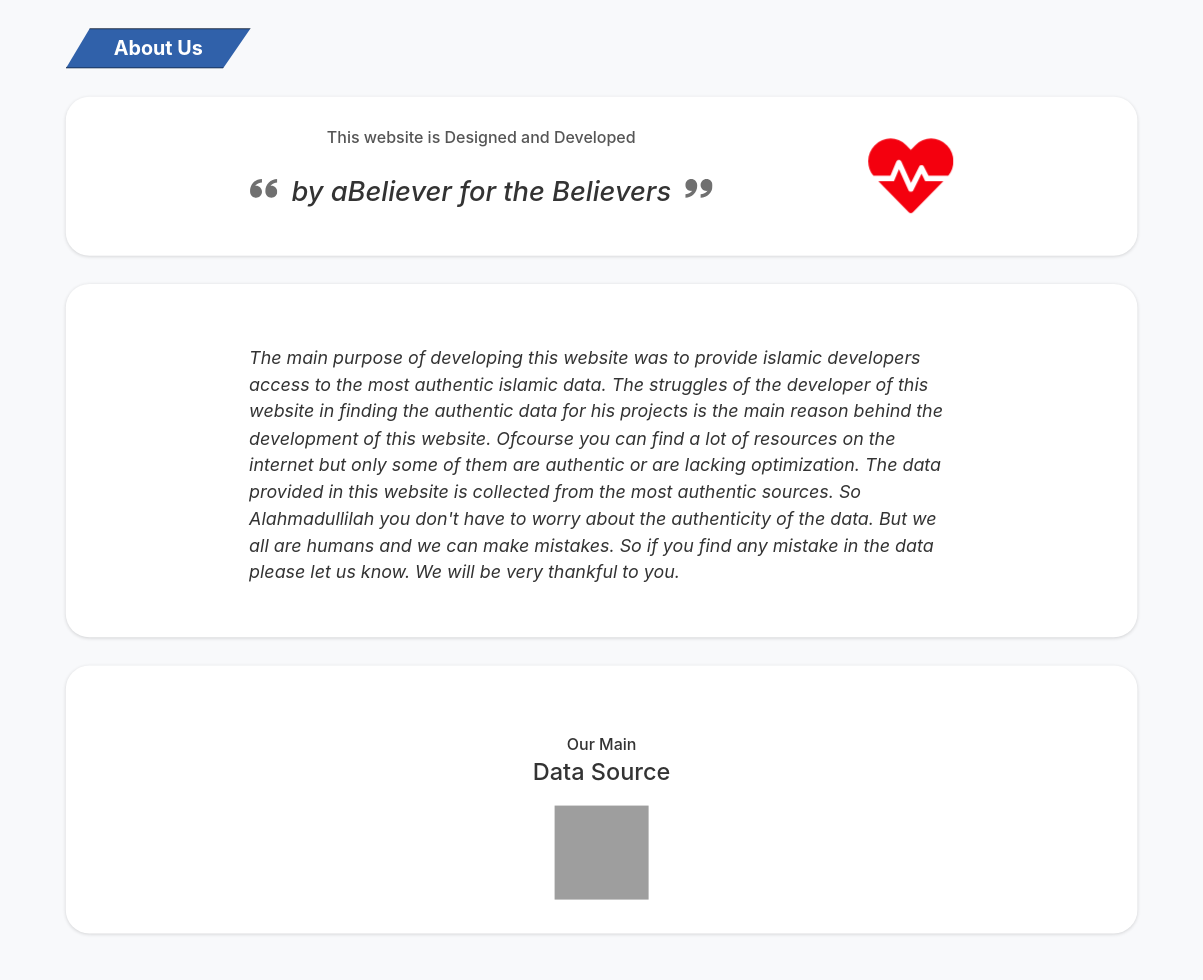
Repository: SpicierEwe/islamic-dev-repo
Page: /legal/about_us
The author's editor kept a copy of each file at every save. The page is drawn from the files as they stood at one save, then again after the next save.
The browser window is 1280 px wide. The pictures show the whole page, at 94% of full size.
Pictures or frames that could not be fetched are drawn as grey boxes. The project was rebuilt for these pictures with package versions that can differ from the ones it lists, and the page was loaded fresh each time. The framework's server and built-in components were replaced by stand-ins that run in the browser. Also part of the build but not shown: next.config.js.

Above is the page before, as saved 2022-09-16 18:20:54.

### pages/_app.js
import "../styles/globals.css";
import { DataContextProvider } from "../store/data_context";

function MyApp({ Component, pageProps }) {
  return (
    <DataContextProvider>
      <Component {...pageProps} />
    </DataContextProvider>
  );
}

export default MyApp;

### pages/legal/about_us.js
import AboutUs from "../../components/legal/about_us/about_us";

export default function Legal() {
  return (
    <div>
      <AboutUs></AboutUs>
    </div>
  );
}

### styles/globals.css
html,
body,
div,
span,
applet,
object,
iframe,
h1,
h2,
h3,
h4,
h5,
h6,
p,
blockquote,
pre,
a,
abbr,
acronym,
address,
big,
cite,
code,
del,
dfn,
em,
img,
ins,
kbd,
q,
s,
samp,
small,
strike,
strong,
sub,
sup,
tt,
var,
b,
u,
i,
center,
dl,
dt,
dd,
ol,
ul,
li,
fieldset,
form,
label,
legend,
table,
caption,
tbody,
tfoot,
thead,
tr,
th,
td,
article,
aside,
canvas,
details,
embed,
figure,
figcaption,
footer,
header,
hgroup,
menu,
nav,
output,
ruby,
section,
summary,
time,
mark,
audio,
video {
  margin: 0;
  padding: 0;
  border: 0;
  vertical-align: baseline;
}
/* HTML5 display-role reset for older browsers */
article,
aside,
details,
figcaption,
figure,
footer,
header,
hgroup,
menu,
nav,
section {
  display: block;
}
body {
  line-height: 1;
}
ol,
ul {
  list-style: none;
}
blockquote,
q {
  quotes: none;
}
blockquote:before,
blockquote:after,
q:before,
q:after {
  content: "";
  content: none;
}
table {
  border-collapse: collapse;
  border-spacing: 0;
}

/*

 ////////////////////////////////////////////////////////////////////////////from here are the styles
 //////////////////////////////////////////////////////////////////////////

*/

:root {
  --complementary-blue: #0077b6;
  --heading_black: #080808;
}

html {
  font-size: 62.5%;
}

html,
body {
  padding: 0;
  margin: 0;
  /* font-family: "Roboto", "Open Sans", sans-serif, -apple-system,
    BlinkMacSystemFont, Segoe UI, Roboto, Oxygen, Ubuntu, Cantarell, Fira Sans,
    Droid Sans, Helvetica Neue, sans-serif; */

  font-family: -apple-system, BlinkMacSystemFont, Segoe UI, Roboto, Oxygen,
    Ubuntu, Cantarell, Fira Sans, Droid Sans, Helvetica Neue, sans-serif;
  font-weight: 400;
  line-height: 1;
  color: #555;
  box-sizing: border-box;

  background-color: #f8f9fb;

  /* will make the website unselectable/copyable */
  /* -webkit-touch-callout: none;
  -webkit-user-select: none;
  -khtml-user-select: none;
  -moz-user-select: none;
  -ms-user-select: none;
  user-select: none; */
}

a {
  color: inherit;
  text-decoration: none;
}

* {
  box-sizing: border-box;
}

### store/data_context.js
import { createContext, useState } from "react";

const DataContext = createContext({
  db: [],
  downlodable_data: [],
  globaliseDataFunction: (data) => {},
  globaliseDownloadableData: (data) => {},
});

export function DataContextProvider(props) {
  const [db, setDb] = useState([]);
  const [downlodableData, setdownlodableData] = useState([]);

  // globalize db
  function globaliseData(data) {
    /// will update the data
    setDb(data);
  }

  // globalize db
  function globaliseDownloadableData(data) {
    /// will update the data
    setdownlodableData(data);
  }

  const context = {
    db: db,
    downlodable_data: downlodableData,
    globaliseDataFunction: globaliseData,
    globaliseDownloadableData: globaliseDownloadableData,
  };

  return (
    <DataContext.Provider value={context}>
      {props.children}
    </DataContext.Provider>
  );
}

export default DataContext;

### components/legal/about_us/about_us.js
import styles from "./about_us.module.css";
import Image from "next/image";
import { ImQuotesLeft, ImQuotesRight } from "react-icons/im";
import { FaHeartbeat } from "react-icons/fa";

export default function AboutUs(props) {
  return (
    <div className={styles.bg}>
      <h1 className={styles.page_title}>About Us</h1>
      <div className={styles.container_development}>
        <div>
          <p className={styles.intro}>This website is Designed and Developed</p>
          <blockquote>
            <h3 className={styles.quote}>
              <ImQuotesLeft color="#707070" style={{ marginRight: "1.5rem" }} />
              by aBeliever for the Believers
              <ImQuotesRight color="#707070" style={{ marginLeft: "1.5rem" }} />
            </h3>
          </blockquote>
        </div>
        <div className={styles.heart_icon}>
          <FaHeartbeat size="9rem" color="f4000e" />
        </div>
      </div>
      <div className={styles.container_development}>
        <p className={styles.summary}>
          The main purpose of developing this website was to provide islamic
          developers access to the most authentic islamic data. The struggles of
          the developer of this website in finding the authentic data for his
          projects is the main reason behind the development of this website.
          Ofcourse you can find a lot of resources on the internet but only some
          of them are authentic or are lacking optimization. The data provided
          in this website is collected from the most authentic sources. So
          Alahmadullilah you don&apos;t have to worry about the authenticity of
          the data. But we all are humans and we can make mistakes. So if you
          find any mistake in the data please let us know. We will be very
          thankful to you.
        </p>
      </div>

      <div
        className={`${styles.container_development} ${styles.container_data_source}`}
      >
        <p className={styles.source_title}>
          <span className={styles.head_half}> Our Main</span>
          <br></br> Data Source
        </p>
        {/* data resource description */}
        <div>
          <div>
            <Image
              src={
                "https://thumbs.dreamstime.com/b/sheikh-icon-flat-style-isolated-white-background-arab-emirates-symbol-stock-vector-illustration-91220453.jpg"
              }
              height="100%"
              width="100%"
              alt="Sheikh"
            ></Image>
          </div>
          <div>
            <p className={styles.name}></p>
          </div>
        </div>
      </div>
    </div>
  );
}

### components/legal/about_us/about_us.module.css
.bg {
  /* background-color: red; */
  max-width: 120rem;
  padding: 0 3rem;
  margin: 0 auto;
  padding-bottom: 5rem;
}

.page_title {
  margin-top: 3rem;
  display: inline-block;
  clip-path: polygon(13% 0, 100% 0%, 85% 100%, 0% 100%);
  background-color: #3061aa;
  color: white;
  border: 1px solid black;
  padding: 1rem 5rem;
  font-size: 2.1rem;
}

.container_development {
  justify-content: center;
  align-items: center;
  display: flex;
  border-radius: 2.5rem;
  margin-top: 3rem;
  background-color: white;
  padding: 3.5rem 3rem;
  box-shadow: rgba(0, 0, 0, 0.16) 0px 1px 4px;
  justify-content: space-evenly;
}

.intro {
  text-align: center;
  font-weight: 500;
  color: #555;
  font-size: 1.7rem;
}

.quote {
  margin-top: 3rem;
  color: #333;
  font-weight: 500;
  font-size: 2.9rem;
  font-style: italic;
  padding-bottom: 1.9rem;
  text-align: center;
}

/* heart icon */
.heart_icon {
  animation: heartBeat 1.5s infinite;
}

/* heart icon animation */
@keyframes heartBeat {
  0% {
    transform: scale(1);
  }
  20% {
    transform: scale(1.1);
  }
  40% {
    transform: scale(1);
  }
  60% {
    transform: scale(1.1);
  }
  80% {
    transform: scale(1);
  }
  100% {
    transform: scale(1);
  }
}

.summary {
  margin-top: 3rem;
  max-width: 75rem;

  line-height: 1.5;
  color: #333;
  font-size: 1.9rem;
  font-style: italic;
  padding-bottom: 1.9rem;
}

.source_title {
  margin-top: 3rem;
  color: #333;
  font-weight: 500;
  font-size: 2.5rem;
  line-height: 1.3;
  /* font-style: italic; */
  padding-bottom: 1.9rem;
  text-align: center;
}

.head_half {
  font-size: 1.7rem;
}

.container_data_source {
  flex-direction: column;
}

/* media query */
@media (max-width: 768px) {
  .container_development {
    flex-direction: column;
    row-gap: 1.5rem;
  }
}

After the next save:
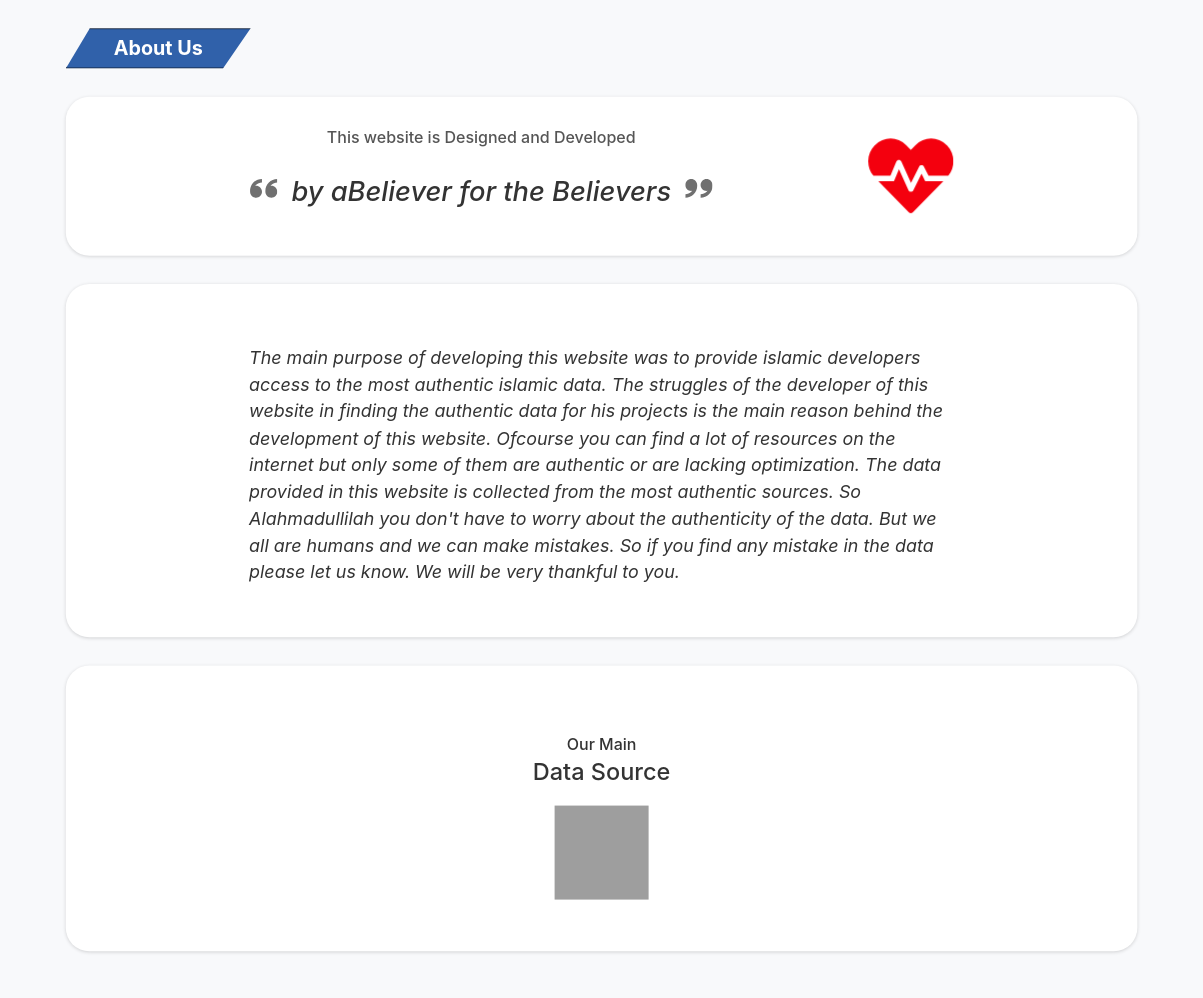
Saved 21 s later.
--- a/components/legal/about_us/about_us.module.css
+++ b/components/legal/about_us/about_us.module.css
@@ -103,6 +103,15 @@
   flex-direction: column;
 }
 
+.name {
+  font-weight: 500;
+  font-size: 1.7rem;
+  line-height: 1.3;
+  color: #333;
+  padding-bottom: 1.9rem;
+  text-align: center;
+}
+
 /* media query */
 @media (max-width: 768px) {
   .container_development {
